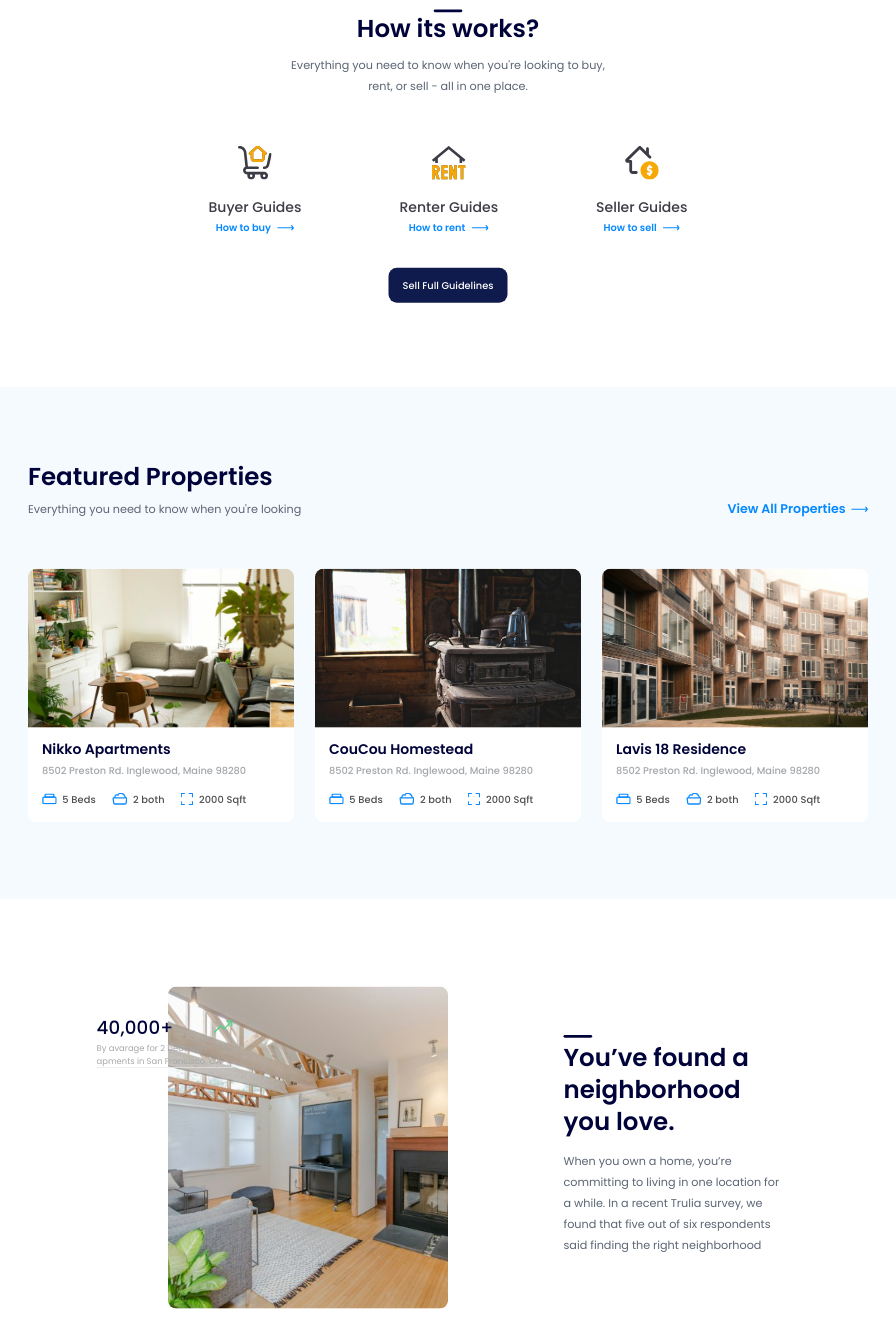
Repository: Tibi2003/f8-htmlcss-01
Page: index.html
An editor plug-in stored every save of this project. The page is shown before and after the next save, followed by the edit.
The browser window is 1280 px wide. The pictures show the part of the page from y = 1478 to 3398 px (the page is 3398 px tall), at 70% of full size.
A picture or video elsewhere on the page could not be fetched, so the positions and the page height are approximate.

Above is the page before, as saved 2024-02-24 15:03:29.

### index.html
<!DOCTYPE html>
<html lang="en">
	<head>
		<meta charset="UTF-8" />
		<meta name="viewport" content="width=device-width, initial-scale=1.0" />
		<title>F8 Project 01</title>
		<link rel="stylesheet" href="./assets/css/reset.css" />
		<link rel="preconnect" href="https://fonts.googleapis.com" />
		<link rel="preconnect" href="https://fonts.gstatic.com" crossorigin />
		<link
			href="https://fonts.googleapis.com/css2?family=Poppins:wght@400;500;600;700&display=swap"
			rel="stylesheet" />
		<!-- <link rel="stylesheet" href="./assets/fonts/stylesheet.css" /> -->
		<link rel="stylesheet" href="./assets/css/styles.css" />
	</head>
	<body>
		<main>
			<!-- Header -->
			<header class="header">
				<div class="content">
					<nav class="navbar">
						<!-- Logo -->
						<img src="./assets/img/logo.svg" alt="Besnik." />
						<!-- Navigation -->
						<ul>
							<li><a href="#!">Home</a></li>
							<li><a href="#!">Features</a></li>
							<li><a href="#!">Services</a></li>
							<li><a href="#!">Resources</a></li>
							<li><a href="#!">Contact</a></li>
						</ul>
						<!-- Action -->
						<div class="actions">
							<a href="#!" class="action-link">Sign in</a>
							<a href="#!" class="btn action-btn">Sign up</a>
						</div>
					</nav>

					<div class="hero">
						<div class="info">
							<p class="sub-title">Welcome to Besnik Agency</p>
							<h1 class="title">
								Discover a place you'll love to live.
							</h1>
							<p class="desc">
								Get the best real estate deals first, before
								they hit the mass market! HOT FORECLOSURE DEALS
								with one simple search.
							</p>
							<!-- Call to action -->
							<a href="" class="btn hero-cta">More About Us</a>
						</div>

						<img
							src="./assets/img/hero-img.svg"
							alt="Discover a place you'll love to live."
							class="hero-img" />
					</div>
				</div>
			</header>

			<!-- Clients -->
			<div class="clients">
				<div class="content">
					<div class="row">
						<!-- Logo -->
						<img src="./assets/img/logo.svg" alt="Besnik." />

						<!-- Stars -->
						<div class="stars">
							<img src="./assets/img/star.svg" alt="Star" />
							<img src="./assets/img/star.svg" alt="Star" />
							<img src="./assets/img/star.svg" alt="Star" />
							<img src="./assets/img/star.svg" alt="Star" />
							<img src="./assets/img/star.svg" alt="Star" />
						</div>
					</div>
					<div class="row row-desc">
						<p class="desc">
							More than 45,000+ companies trust besnik
						</p>
						<p class="desc">5 Star Ratings (2k+ Review)</p>
					</div>
					<div class="images">
						<img src="./assets/img/client-1.svg" alt="MeUndies" />
						<img src="./assets/img/client-2.svg" alt="slack" />
						<img src="./assets/img/client-3.svg" alt="amazon" />
						<img
							src="./assets/img/client-4.svg"
							alt="WOOCOMMERCE" />
						<img src="./assets/img/client-5.svg" alt="sitepoint" />
					</div>
				</div>
			</div>

			<!-- Guides -->
			<div class="guides">
				<div class="content">
					<h2 class="sub-title">How its works?</h2>
					<p class="desc">
						Everything you need to know when you're looking to buy,
						rent, or sell - all in one place.
					</p>

					<!-- List guide -->
					<ul class="list-guide">
						<li class="guide-item">
							<img
								src="./assets/img/buyer.svg"
								alt="Buyer"
								class="icon" />
							<h3 class="title">Buyer Guides</h3>
							<a href="#!" class="link"
								><span>How to buy</span>
								<img
									src="./assets/img/arrow-right.svg"
									alt="Arrow right"
									class="arrow" />
							</a>
						</li>
						<li class="guide-item">
							<img
								src="./assets/img/renter.svg"
								alt="Renter"
								class="icon" />
							<h3 class="title">Renter Guides</h3>
							<a href="#!" class="link"
								><span>How to rent</span>
								<img
									src="./assets/img/arrow-right.svg"
									alt="Arrow right"
									class="arrow" />
							</a>
						</li>
						<li class="guide-item">
							<img
								src="./assets/img/seller.svg"
								alt="Seller"
								class="icon" />
							<h3 class="title">Seller Guides</h3>
							<a href="#!" class="link"
								><span>How to sell</span>
								<img
									src="./assets/img/arrow-right.svg"
									alt="Arrow right"
									class="arrow" />
							</a>
						</li>
					</ul>

					<div class="guide-cta">
						<a href="#!" class="btn">Sell Full Guidelines</a>
					</div>
				</div>
			</div>

			<!-- Featured -->
			<div class="featured">
				<div class="content">
					<header>
						<h2 class="sub-title">Featured Properties</h2>
						<div class="row">
							<p class="desc">
								Everything you need to know when you're looking
							</p>
							<a href="" class="link"
								><span> View All Properties </span>
								<img
									src="./assets/img/arrow-right.svg"
									alt="Arrow right"
									class="arrow" />
							</a>
						</div>
					</header>

					<div class="list">
						<!-- Featured item 1 -->
						<div class="item">
							<a href="#!">
								<img
									src="./assets/img/featured-1.jpg"
									alt="Nikko Apartments"
									class="thumb" />
							</a>
							<div class="body">
								<h3 class="title">
									<a href="#!">Nikko Apartments</a>
								</h3>
								<p class="desc">
									8502 Preston Rd. Inglewood, Maine 98280
								</p>
								<div class="info">
									<img
										src="./assets/img/beds.svg"
										alt=""
										class="icon" />
									<span class="label">5 Beds</span>

									<img
										src="./assets/img/both.svg"
										alt=""
										class="icon" />
									<span class="label">2 both</span>

									<img
										src="./assets/img/sqft.svg"
										alt=""
										class="icon" />
									<span class="label">2000 Sqft</span>
								</div>
							</div>
						</div>

						<!-- Featured item 2 -->
						<div class="item">
							<a href="#!">
								<img
									src="./assets/img/featured-2.jpg"
									alt="Nikko Apartments"
									class="thumb" />
							</a>
							<div class="body">
								<h3 class="title">
									<a href="#!">CouCou Homestead</a>
								</h3>
								<p class="desc">
									8502 Preston Rd. Inglewood, Maine 98280
								</p>
								<div class="info">
									<img
										src="./assets/img/beds.svg"
										alt=""
										class="icon" />
									<span class="label">5 Beds</span>

									<img
										src="./assets/img/both.svg"
										alt=""
										class="icon" />
									<span class="label">2 both</span>

									<img
										src="./assets/img/sqft.svg"
										alt=""
										class="icon" />
									<span class="label">2000 Sqft</span>
								</div>
							</div>
						</div>

						<!-- Featured item 3 -->
						<div class="item">
							<a href="#!">
								<img
									src="./assets/img/featured-3.jpg"
									alt="Nikko Apartments"
									class="thumb" />
							</a>
							<div class="body">
								<h3 class="title">
									<a href="#!">Lavis 18 Residence</a>
								</h3>
								<p class="desc">
									8502 Preston Rd. Inglewood, Maine 98280
								</p>
								<div class="info">
									<img
										src="./assets/img/beds.svg"
										alt=""
										class="icon" />
									<span class="label">5 Beds</span>

									<img
										src="./assets/img/both.svg"
										alt=""
										class="icon" />
									<span class="label">2 both</span>

									<img
										src="./assets/img/sqft.svg"
										alt=""
										class="icon" />
									<span class="label">2000 Sqft</span>
								</div>
							</div>
						</div>
					</div>
				</div>
			</div>

			<!-- Stats -->
			<div class="stats">
				<div class="content">
					<div class="row">
						<div class="img-block">
							<img
								src="./assets/img/stats-img.jpg"
								alt="You’ve found a neighborhood you love."
								class="image" />

							<!-- Trend -->
							<div class="stats-trend">
								<div class="row">
									<strong class="value">40,000+</strong>
									<img
										src="./assets/img/arrow-trend-up.svg"
										alt=""
										class="icon" />
								</div>
								<p class="desc">
									By avarage for 2 bedroom apments in San
									Francisco, CA
								</p>
								<div class="seperate"></div>
							</div>
						</div>
						<div class="info">
							<h2 class="sub-title">
								You’ve found a neighborhood you love.
							</h2>
							<p class="desc">
								When you own a home, you’re committing to living
								in one location for a while. In a recent Trulia
								survey, we found that five out of six
								respondents said finding the right neighborhood
							</p>
						</div>
					</div>
				</div>
			</div>
		</main>
	</body>
</html>

### assets/css/styles.css
* {
	box-sizing: border-box;
}

:root {
	--primary-color: #0f1b4c;
}

html {
	font-size: 62.5%;
}

body {
	font-size: 1.6rem;
	font-family: "Poppins", sans-serif;
}

/* Common */
a {
	text-decoration: none;
}

.btn {
	display: inline-block;
	min-width: 98px;
	padding: 18px 16px;
	border-radius: 12px;
	background: var(--primary-color);
	font-size: 1.4rem;
	font-weight: 500;
	text-align: center;
	color: #ffffff;
}

.btn:hover {
	opacity: 0.9;
}

.content {
	width: 1200px;
	max-width: calc(100% - 48px);
	margin-left: auto;
	margin-right: auto;
}

/* Header */
.header {
	position: relative;
	background: #e6f0ff;
	height: 100vh;
}

.navbar {
	display: flex;
	align-items: center;
	padding-top: 38px;
}

.navbar ul {
	display: flex;
	margin-left: 50px;
}

.navbar .actions {
	margin-left: auto;
}

.navbar ul a {
	font-size: 1.4rem;
	font-weight: 500;
	color: #4f5361;
	padding: 8px 14px;
}

.navbar ul a:hover {
	text-decoration: underline;
}

.navbar .action-link {
	font-weight: 500;
	font-size: 1.4rem;
	color: var(--primary-color);
}

.navbar .action-btn {
	padding: 13px 16px;
	margin-left: 18px;
	border-radius: 8px;
}

.hero {
	margin-top: 130px;
}

.hero .info {
	width: 51%;
}

.hero .sub-title {
	font-size: 1.8rem;
	font-weight: 500;
	line-height: 1.5;
	letter-spacing: 0.01em;
	color: #687690;
}

.hero .title {
	margin-top: 8px;
	font-size: 6.4rem;
	font-weight: 700;
	line-height: 1.19;
	color: #000336;
}

.hero .desc {
	margin-top: 30px;
	font-size: 1.8rem;
	font-weight: 400;
	line-height: 1.78;
	color: #5a6473;
}

.hero-cta {
	min-width: 170px;
	margin-top: 40px;
}

.hero-img {
	position: absolute;
	right: 65px;
	bottom: 0;
}

/* Clients */
.clients {
	margin-top: 79px;
	padding: 43px 0 64px;
}

.clients .row {
	display: flex;
	justify-content: space-between;
}

.clients .desc {
	font-size: 1.6rem;
	font-weight: 500;
	line-height: 1.25;
	color: #7d8589;
}

.clients .row-desc {
	margin-top: 23px;
}

.clients .images {
	display: flex;
	justify-content: space-between;
	align-items: center;
	margin-top: 96px;
}

/* Guides */
.guides {
	margin-top: 40px;
	padding: 93px 0 79px;
}

.guides .sub-title {
	position: relative;
	font-size: 3.5rem;
	font-weight: 600;
	line-height: 1;
	text-align: center;
	color: #000339;
}

.guides .sub-title::before {
	position: absolute;
	top: -10px;
	left: 50%;
	transform: translateX(-50%);
	content: "";
	display: inline-block;
	width: 41px;
	height: 4px;
	border-radius: 12px;
	background: #000339;
}

.guides .desc {
	width: 459px;
	max-width: 100%;
	margin: 20px auto 0;
	font-size: 1.6rem;
	font-weight: 400;
	line-height: 1.88;
	text-align: center;
	color: #5a6473;
}

.list-guide {
	display: flex;
	justify-content: center;
	margin-top: 70px;
}

.guide-item {
	margin: 0 70px;
	text-align: center;
}

.guide-item .title {
	margin-top: 26px;
	font-size: 2rem;
	font-weight: 500;
	line-height: 1.1;
	color: #3b3c45;
}

.guide-item .link {
	display: inline-block;
	margin-top: 10px;
	font-size: 1.4rem;
	font-weight: 600;
	color: #0689ff;
}

.guide-item .arrow {
	margin-left: 6px;
}

.guide-cta {
	display: flex;
	justify-content: center;
	margin-top: 50px;
}

.guide-cta .btn {
	min-width: 170px;
}

/* Featured */
.featured {
	margin-top: 41px;
	padding: 110px 0;
	background: #f5fafe;
}

.featured .sub-title {
	font-size: 3.5rem;
	font-weight: 600;
	line-height: 1;
	color: #000339;
}

.featured .row {
	display: flex;
	justify-content: space-between;
	margin-top: 15px;
}

.featured .desc {
	font-size: 1.6rem;
	font-weight: 400;
	line-height: 1.88;
	color: #5a6473;
}

.featured .link {
	display: flex;
	align-items: center;
	font-size: 1.8rem;
	font-weight: 600;
	color: #0689ff;
}

.featured .link .arrow {
	margin-left: 8px;
}

.featured .list {
	display: flex;
	gap: 30px;
	margin-top: 70px;
}

.featured .item {
	flex: 1;
	background: #fff;
	border-radius: 12px;
}

.featured .item .thumb {
	width: 100%;
	height: 227px;
	object-fit: cover;
	border-top-left-radius: 12px;
	border-top-right-radius: 12px;
}

.featured .item .body {
	padding: 17px 20px 24px;
}

.featured .item .title a {
	font-size: 2rem;
	font-weight: 600;
	line-height: 1;
	color: #000339;
}

.featured .item .desc {
	margin-top: 11px;
	font-size: 1.4rem;
	font-weight: 500;
	line-height: 1.5;
	color: #a3a6ab;
}

.featured .item .info {
	display: flex;
	align-items: center;
	margin-top: 21px;
}

.featured .item .icon {
	margin-left: 23px;
}

.featured .item .icon:first-child {
	margin-left: 0;
}

.featured .item .label {
	margin-left: 8px;
	font-size: 1.4rem;
	font-weight: 500;
	letter-spacing: 0.01em;
	color: #4d4d52;
}

/* Stats */
.stats {
	margin-top: 75px;
	padding: 50px 0;
}

.stats .content {
	width: 1048px;
}

.stats .row {
	display: flex;
}

.stats .img-block,
.stats .info {
	width: 50%;
}

.stats .img-block {
	position: relative;
}

.stats .img-block .image {
	display: block;
	margin-left: auto;
	width: 400px;
	height: 460px;
	border-radius: 12px;
	object-fit: cover;
}

.stats .info {
	padding: 79px 0 0 165px;
}

.stats-trend {
	position: absolute;
	top: 0;
	left: 0;
	width: 239px;
	padding: 45px 22px 40px;
	border-radius: 0px, 0px, 12px, 12px;
}

.stats-trend .value {
	font-size: 2.6rem;
	font-weight: 500;
	letter-spacing: 0.01em;
	color: #000339;
}

.stats-trend .icon {
	margin-left: auto;
}

.stats-trend .desc {
	margin-top: 8px;
	font-size: 1.2rem;
	font-weight: 400;
	line-height: 1.5;
	color: #a7a7a7;
}

.stats-trend .seperate {
	height: 1px;
	background: #e9e9e9;
}

.stats .sub-title {
	position: relative;
	width: 269px;
	font-size: 3.5rem;
	font-weight: 600;
	line-height: 1.29;
	color: #000339;
}

.stats .sub-title::before {
	position: absolute;
	top: -10px;
	left: 0;
	content: "";
	display: block;
	width: 41px;
	height: 4px;
	border-radius: 12px;
	background: #000339;
}

.stats .info .desc {
	width: 309px;
	margin-top: 20px;
	font-size: 1.6rem;
	font-weight: 400;
	line-height: 1.88;
	color: #5a6473;
}

Loaded but not shown: assets/css/reset.css (common file)

After the next save:
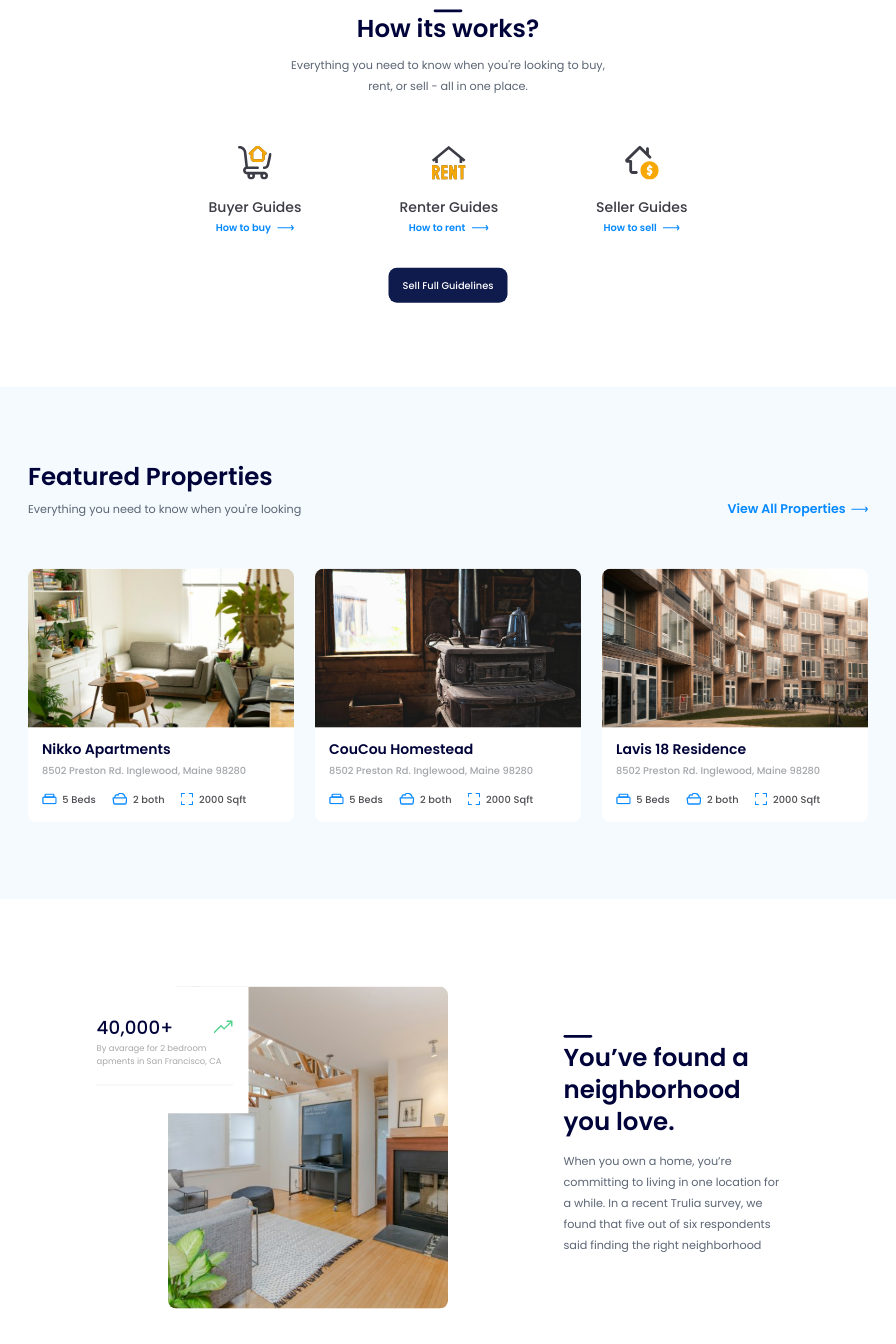
Saved 72 s later.
--- a/assets/css/styles.css
+++ b/assets/css/styles.css
@@ -383,6 +383,7 @@
 	width: 239px;
 	padding: 45px 22px 40px;
 	border-radius: 0px, 0px, 12px, 12px;
+	background-color: #fff;
 }
 
 .stats-trend .value {
@@ -406,6 +407,7 @@
 
 .stats-trend .seperate {
 	height: 1px;
+	margin-top: 25px;
 	background: #e9e9e9;
 }
 
